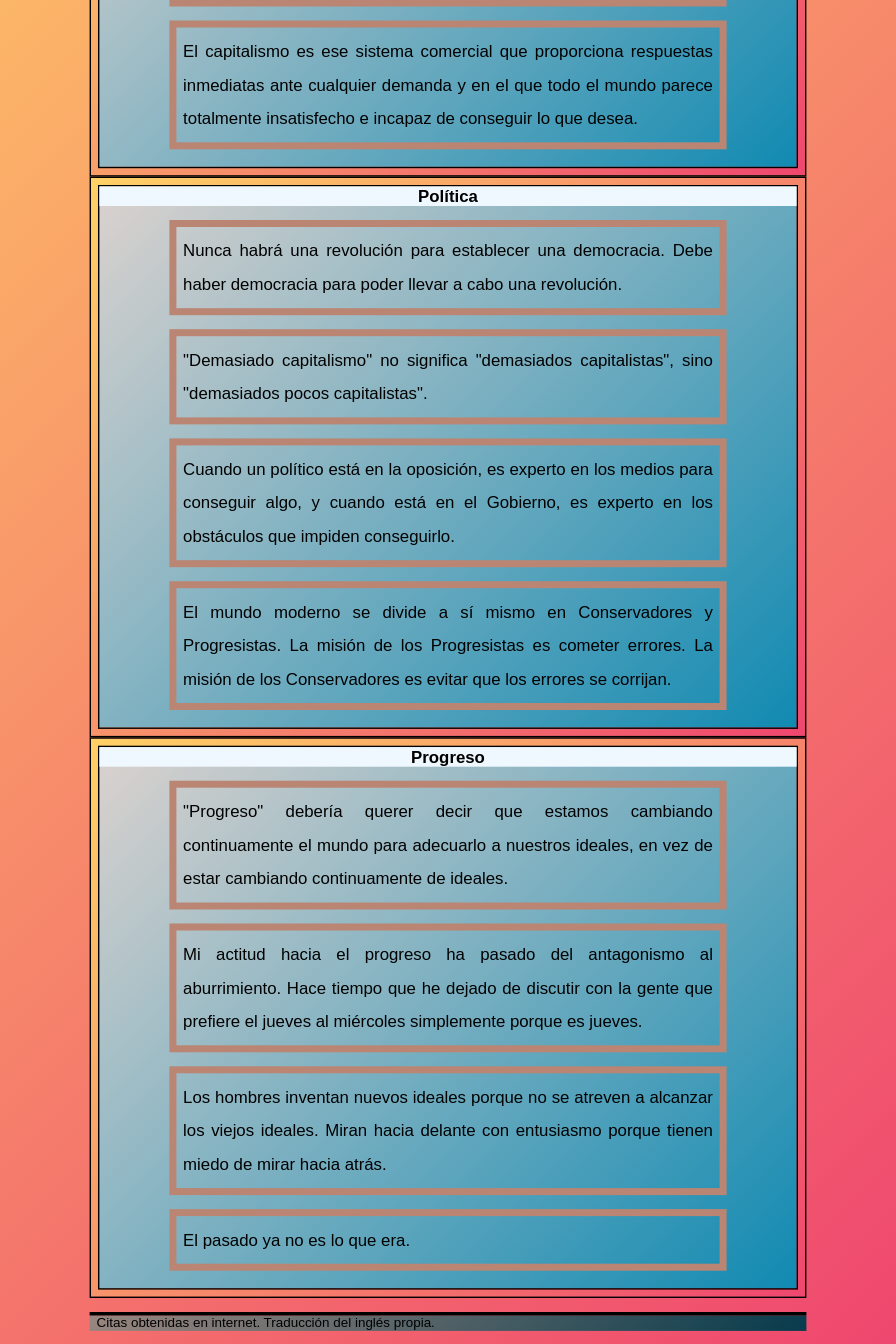
Repository: EmilyMachuca-Developer/Advanced-Programming-Projects
Page: index.html
An editor plug-in stored every save of this project. The page is shown before and after a run of saves, followed by the edit.
The browser window is 1280 px wide. The pictures show the part of the page from y = 766 to 2686 px (the page is 2687 px tall before and 2743 px after), at 70% of full size.

Above is the page before, as saved 2024-02-26 20:55:06.

### index.html
<html lang="es">
<head>
<meta charset="utf-8">
<link rel="stylesheet" href="Taller 2/css/style.css">
<title>Emily Machuca</title>
</head>

<body>
    <div style="background-color: rgb(150, 202, 185);">
        <h1>Citas de Gilbert Keith Chesterton</h1> <br><br>
        <p><strong>Gilbert Keith Chesterton</strong> (Londres, 29 de mayo de 1874 - Beaconsfield, 14 de junio de 1936), más conocido como G. K. Chesterton, fue un escritor y periodista británico de inicios del siglo XX, calificado a menudo como el "príncipe de las paradojas". Cultivó, entre otros géneros, el ensayo, la narración, la biografía, la lírica, el periodismo y el libro de viajes.</p>
        <p>Su personaje más famoso es el Padre Brown, un sacerdote católico de apariencia ingenua, cuya agudeza psicológica hace de él un detective formidable, y que protagonizó más de cincuenta historias reunidas en cinco volúmenes, publicados entre 1911 y 1935.</p>
    </div>
    <main><section><div style="background-color: aliceblue;"><h7><strong><center>Capitalismo</center></strong></h7></div>
        <div><p>Un ciudadano apenas puede distinguir un impuesto de una multa, salvo que la multa suele ser más barata.</p>
            <div><p>"Demasiado capitalismo" no significa "demasiados capitalistas", sino "demasiados pocos capitalistas".</p></div>
            <div><p>El capitalismo es ese sistema comercial que proporciona respuestas inmediatas ante cualquier demanda y en el que todo el mundo parece totalmente insatisfecho e incapaz de conseguir lo que desea.</p></div>
        </div></section><b></b></main>

        <main><section><div style="background-color: aliceblue;"><h7><strong><center>Política</center></strong></h7></div>
            <div><p>Nunca habrá una revolución para establecer una democracia. Debe haber democracia para poder llevar a cabo una revolución.</p>
                <div><p>"Demasiado capitalismo" no significa "demasiados capitalistas", sino "demasiados pocos capitalistas".</p></div>
                <div><p>Cuando un político está en la oposición, es experto en los medios para conseguir algo, y cuando está en el Gobierno, es experto en los obstáculos que impiden conseguirlo.</p></div>
                <div><p>El mundo moderno se divide a sí mismo en Conservadores y Progresistas. La misión de los Progresistas es cometer errores. La misión de los Conservadores es evitar que los errores se corrijan.</p></div>
            </div></section></main>

            <div><main><section><div style="background-color: aliceblue;"><h7><strong><center>Progreso</center></strong></h7></div>
                <div><p>"Progreso" debería querer decir que estamos cambiando continuamente el mundo para adecuarlo a nuestros ideales, en vez de estar cambiando continuamente de ideales.</p>
                    <div><p>Mi actitud hacia el progreso ha pasado del antagonismo al aburrimiento. Hace tiempo que he dejado de discutir con la gente que prefiere el jueves al miércoles simplemente porque es jueves.</p></div>
                    <div><p>Los hombres inventan nuevos ideales porque no se atreven a alcanzar los viejos ideales. Miran hacia delante con entusiasmo porque tienen miedo de mirar hacia atrás.</p></div>
                    <div><p>El pasado ya no es lo que era.</p></div>
                </div></section></main></div>

<footer>Citas obtenidas en internet. Traducción del inglés propia.</footer>
</body>
</html>

### Taller 2/css/style.css
body {
    margin: 10px 10%;
    background: linear-gradient(135deg, #ffd166, #ef476f);
    font-family: sans-serif;
    font-size: 1.5rem;
    text-align: justify;
}

header {
    padding: 0 10px;
    background: linear-gradient(135deg, hwb(0 94% 6% / 0.767), #06d6a0);
    animation: gradientAnimation 8s ease infinite alternate;
}

main {
    display: block;
    border: rgb(0, 0, 0) 2px solid;
    padding: 10px;
    background: linear-gradient(135deg, #ffd166, #ef476f);
}

section {
    padding-bottom: 5px;
    background: linear-gradient(135deg, hwb(17 81% 14%), #118ab2);
    border: rgb(0, 0, 0) 2px solid;
    animation: gradientAnimation 8s ease infinite alternate;
}

section + section {
    margin-top: 40px;
}

h2 {
    margin: 0;
    padding-left: 10px;
    background-color: white;
}

section p {
    border: hwb(16 45% 27%)10px solid;
    margin: 20px 10%;
    padding: 10px;
    color: rgb(0, 0, 0);
    line-height: 200%;
}

footer {
    border-top: black 5px solid;
    margin: 20px 0;
    padding: 0 10px;
    background: linear-gradient(135deg, hwb(15 50% 40%), #073b4c);
    font-size: 1.2rem;
    animation: gradientAnimation 8s ease infinite alternate;
}

@keyframes gradientAnimation {
    0% {
        background-position: 0% 50%;
    }
    100% {
        background-position: 100% 50%;
    }
}

After the next 2 saves:
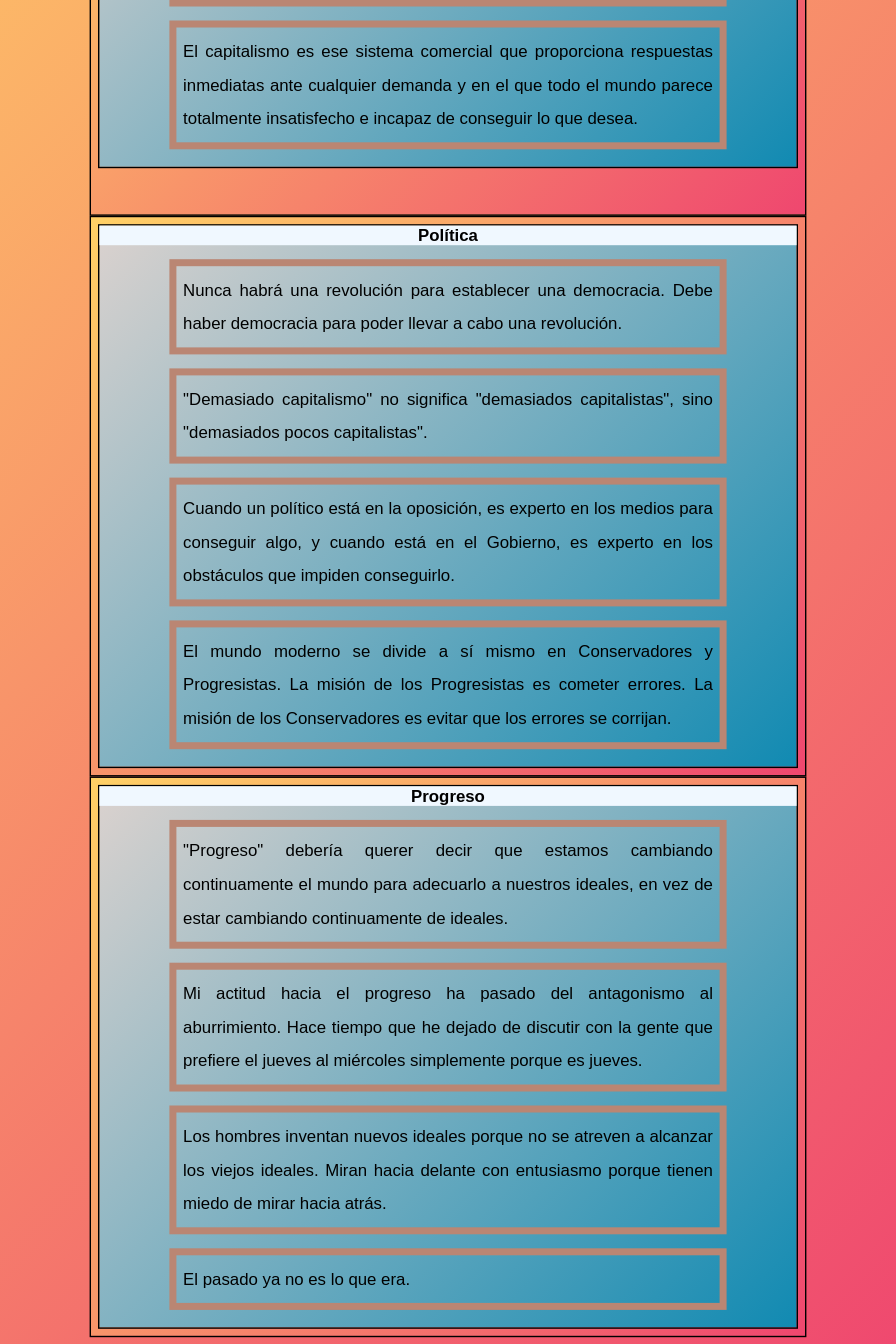
The 2 saves are shown as one change because they came seconds apart.
The last was saved 24 s later.
--- a/index.html
+++ b/index.html
@@ -15,7 +15,7 @@
         <div><p>Un ciudadano apenas puede distinguir un impuesto de una multa, salvo que la multa suele ser más barata.</p>
             <div><p>"Demasiado capitalismo" no significa "demasiados capitalistas", sino "demasiados pocos capitalistas".</p></div>
             <div><p>El capitalismo es ese sistema comercial que proporciona respuestas inmediatas ante cualquier demanda y en el que todo el mundo parece totalmente insatisfecho e incapaz de conseguir lo que desea.</p></div>
-        </div></section><b></b></main>
+        </div></section><br></br></main>
 
         <main><section><div style="background-color: aliceblue;"><h7><strong><center>Política</center></strong></h7></div>
             <div><p>Nunca habrá una revolución para establecer una democracia. Debe haber democracia para poder llevar a cabo una revolución.</p>
